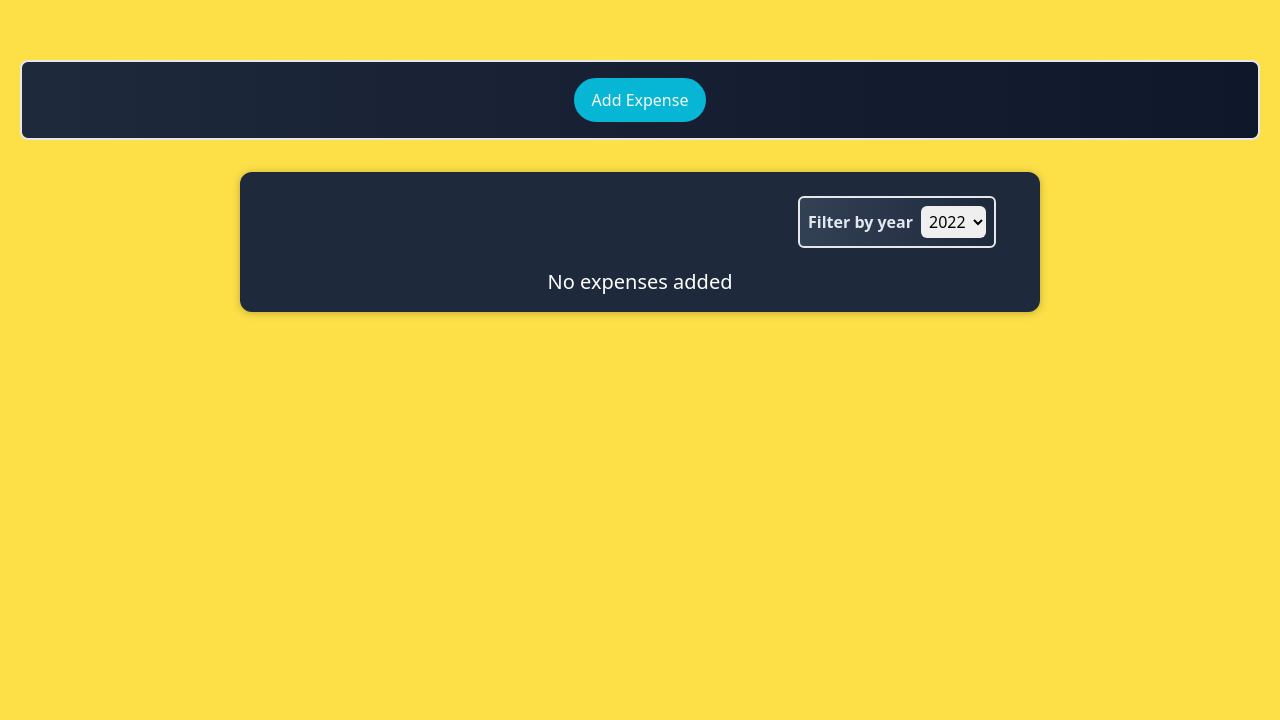
Repository: Sef24/expense-tracker
Page: /
An editor plug-in stored every save of this project. The page is shown before and after the next save, followed by the edit.
The browser window is 1280 px wide. The pictures show the whole page.
The project was rebuilt for these pictures with package versions that can differ from the ones it lists, and the page was loaded fresh each time. Also part of the build but not shown: src/components/ExpenseItem.css, src/components/ExpenseDate.css, src/components/ExpenseDate.js, src/components/ExpenseItem.js, src/components/NewExpense/NewExpense.css, src/components/NewExpense/ExpenseForm.css, src/components/NewExpense/ExpenseForm.js.

Above is the page before, as saved 2022-05-03 20:25:20.

### public/index.html
<!DOCTYPE html>
<html lang="en">
  <head>
    <meta charset="utf-8" />
    <link rel="icon" href="%PUBLIC_URL%/favicon.ico" />
    <meta name="viewport" content="width=device-width, initial-scale=1" />

    <meta
      name="description"
      content="Web site created using create-react-app"
    />
    <link rel="apple-touch-icon" href="%PUBLIC_URL%/logo192.png" />
    <!--
      manifest.json provides metadata used when your web app is installed on a
      user's mobile device or desktop. See https://developers.google.com/web/fundamentals/web-app-manifest/
    -->
    <link rel="manifest" href="%PUBLIC_URL%/manifest.json" />
    <!--
      Notice the use of %PUBLIC_URL% in the tags above.
      It will be replaced with the URL of the `public` folder during the build.
      Only files inside the `public` folder can be referenced from the HTML.

      Unlike "/favicon.ico" or "favicon.ico", "%PUBLIC_URL%/favicon.ico" will
      work correctly both with client-side routing and a non-root public URL.
      Learn how to configure a non-root public URL by running `npm run build`.
    -->
    <title>React App</title>
  </head>
  <body>
    <noscript>You need to enable JavaScript to run this app.</noscript>
    <div id="root"></div>
    <!--
      This HTML file is a template.
      If you open it directly in the browser, you will see an empty page.

      You can add webfonts, meta tags, or analytics to this file.
      The build step will place the bundled scripts into the <body> tag.

      To begin the development, run `npm start` or `yarn start`.
      To create a production bundle, use `npm run build` or `yarn build`.
    -->
  </body>
</html>

### src/index.css
@tailwind base;
@tailwind components;
@tailwind utilities;

@layer base {
  body {
    @apply bg-yellow-300;
  }
}

### src/App.js
import Expenses from "./components/Expenses";
import NewExpense from "./components/NewExpense/NewExpense";
import { useState } from "react";

const DUMMY_DATA = [
  {
    id: "e1",
    title: "Phone",
    amount: 94.12,
    date: new Date(2020, 7, 14),
  },
  { id: "e2", title: "New TV", amount: 799.49, date: new Date(2021, 2, 12) },
  {
    id: "e3",
    title: "Car Insurance",
    amount: 294.67,
    date: new Date(2021, 2, 28),
  },
  {
    id: "e4",
    title: "New Desk (Wooden)",
    amount: 450,
    date: new Date(2021, 5, 12),
  },
];

function App() {
  const [expenses, setExpenses] = useState(DUMMY_DATA);

  const addExpenseHandler = (expense) => {
    setExpenses((prevExpenses) => {
      return [expense, ...prevExpenses];
    });
  };
  return (
    <div>
      <div>
        <NewExpense onAddExpense={addExpenseHandler} />
        <Expenses items={expenses} />
      </div>
    </div>
  );
}

export default App;

### src/components/Expenses.js
import React, { useState } from "react";

import "./Expenses.css";
import ExpensesList from "./ExpensesList";
import ExpensesFilter from "./NewExpense/ExpensesFilter";

function Expenses(props) {
  const [filteredYear, setFilteredYear] = useState("2022");

  const filterChangeHandler = (selectedYear) => {
    setFilteredYear(selectedYear);
  };

  const filteredExpenses = props.items.filter((expense) => {
    return expense.date.getFullYear().toString() === filteredYear;
  });

  return (
    <div>
      <div className="expenses  bg-slate-800 ... ">
        <ExpensesFilter
          selected={filteredYear}
          onChangeFilter={filterChangeHandler}
        />
        <ExpensesList items={filteredExpenses} />
      </div>
    </div>
  );
}

export default Expenses;

### src/components/NewExpense/NewExpense.js
import React from "react";
import "./NewExpense.css";
import ExpenseForm from "./ExpenseForm";
import { useState } from "react";

function NewExpense(props) {
  const [isEditing, setIsEditing] = useState(false);

  const saveExpenseDataHandler = (enteredExpenseData) => {
    const expenseData = {
      ...enteredExpenseData,
      id: Math.random().toString(),
    };

    props.onAddExpense(expenseData);
    setIsEditing(false);
  };

  const startEditingHandler = () => {
    setIsEditing(true);
  };

  const stopEditingHandler = () => {
    setIsEditing(false);
  };

  return (
    <div className="flex flex-col sm:flex-row m-5 justify-between items-center h-auto rounded-lg">
      <div
        className="flex flex-grow justify-evenly w-full p-4 mt-10 items-center  border-2
      bg-gradient-to-r from-slate-800 to-slate-900 ... px-10 rounded-lg "
      >
        {!isEditing && (
          <button
            onClick={startEditingHandler}
            className="flex  items-center justify-center border-2 border-cyan-500 p-2 px-4 rounded-full text-slate-50
          cursor-pointer transition duration-100 transform hover:scale-125 hover:text-white
          bg-cyan-500 text-extra-bold
          "
          >
            Add Expense
          </button>
        )}
        {isEditing && (
          <ExpenseForm
            onSaveExpenseData={saveExpenseDataHandler}
            onCancel={stopEditingHandler}
          />
        )}
      </div>
    </div>
  );
}

export default NewExpense;

### src/components/Expenses.css
.expenses {
  padding: 1rem;

  margin: 2rem auto;
  width: 50rem;
  max-width: 95%;
  border-radius: 12px;
  box-shadow: 0 1px 8px rgba(0, 0, 0, 0.25);
}

### src/components/ExpensesList.js
import React from "react";

import ExpenseItem from "./ExpenseItem";

const ExpensesList = (props) => {
  if (props.items.length === 0) {
    return (
      <h2 className="text-white font-light text-xl flex items-center justify-center mt-3">
        No expenses added
      </h2>
    );
  }

  return (
    <ul>
      {props.items.map((expense) => (
        <ExpenseItem
          key={expense.id}
          id={expense.id}
          title={expense.title}
          amount={expense.amount}
          date={expense.date}
        />
      ))}
    </ul>
  );
};

export default ExpensesList;

### src/components/NewExpense/ExpensesFilter.js
import React from "react";

const ExpensesFilter = (props) => {
  const dropdownChangeHandler = (event) => {
    props.onChangeFilter(event.target.value);
  };
  return (
    <div className="">
      <div className="flex justify-end p-2 mr-5 ">
        <div
          className="border-2 rounded-md border-inherit p-2 ml-6
        bg-gradient-to-r from-slate-700 to-slate-800 ..."
        >
          <label className="text-slate-200 font-bold mr-2">
            Filter by year
          </label>
          <select
            value={props.selected}
            onChange={dropdownChangeHandler}
            className="rounded-md p-1"
          >
            <option value="2022">2022</option>
            <option value="2021">2021</option>
            <option value="2020">2020</option>
            <option value="2019">2019</option>
          </select>
        </div>
      </div>
    </div>
  );
};

export default ExpensesFilter;

Loaded but not shown: src/index.js (common file); tailwind.config.js (common file)

After the next save:
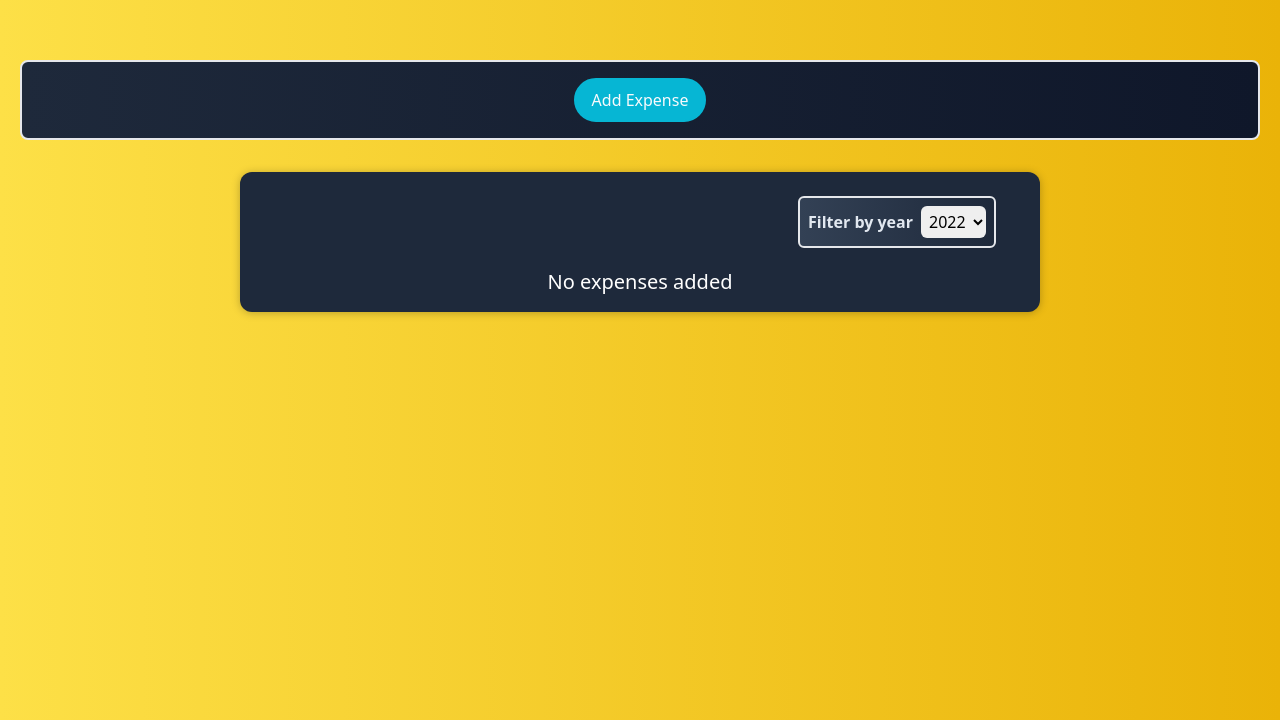
Saved 44 s later.
--- a/src/index.css
+++ b/src/index.css
@@ -4,6 +4,6 @@
 
 @layer base {
   body {
-    @apply bg-yellow-300;
+    @apply bg-gradient-to-r from-yellow-300 to-yellow-500;
   }
 }
